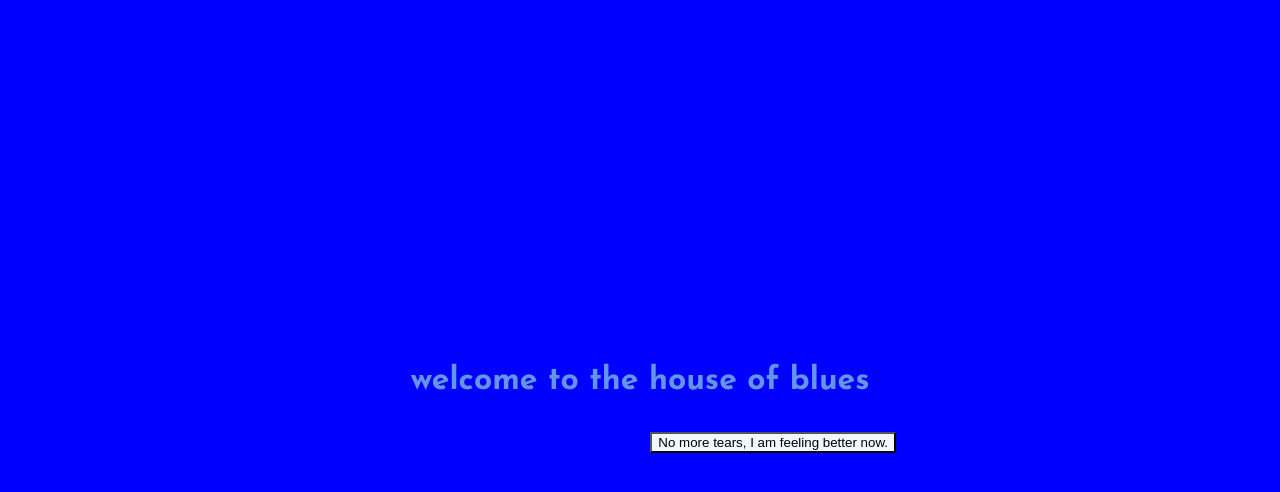
Repository: olivia-clarkeedwards/house-of-blues
Page: index.html
The author's editor kept a copy of each file at every save. The page is drawn from the files as they stood at one save, then again after the next save.
The browser window is 1280 px wide. The pictures show the whole page.

Above is the page before, as saved 2023-02-16 12:44:37.

After the next save:
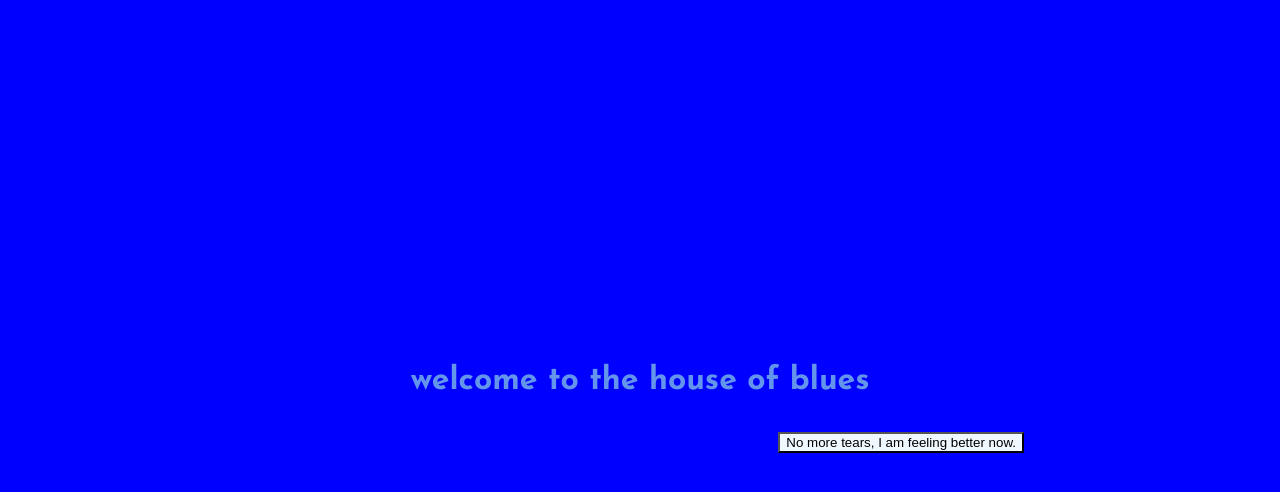
Saved 9 s later.
--- a/main.css
+++ b/main.css
@@ -27,7 +27,7 @@ p {
 button {
   position: absolute;
   top: 60%;
-  right: 30%;
+  right: 20%;
   background-color: aliceblue;
 }
 
